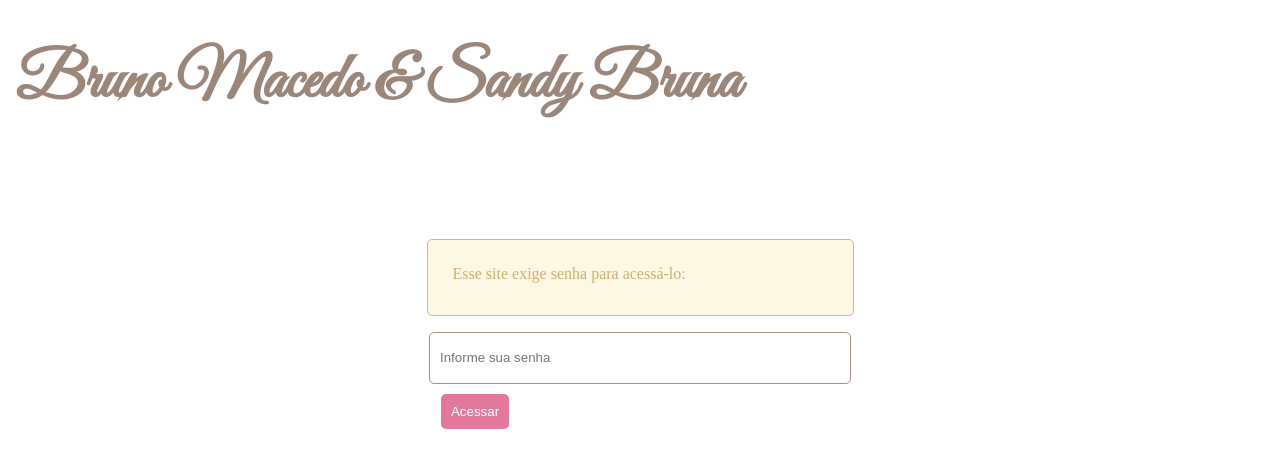
Repository: FerrazNathan/projetoBruno
Page: /login (app in projeto-bruno/)
These files come from the project's save history. The page is drawn as it stood at one moment and after the next save; the edit follows.
The browser window is 1280 px wide. The pictures show the whole page.
Some web fonts or font styles are not loaded; a fallback is used. The project was rebuilt for these pictures with package versions that can differ from the ones it lists, and the page was loaded fresh each time. The framework's server and built-in components were replaced by stand-ins that run in the browser. Also part of the build but not shown: projeto-bruno/next.config.js.

Above is the page before, as saved 2022-03-16 12:43:57.

### projeto-bruno/pages/_document.js
import Document, { Head, Main, NextScript } from 'next/document';
// Import styled components ServerStyleSheet
import { ServerStyleSheet } from 'styled-components';

export default class MyDocument extends Document {
  static getInitialProps({ renderPage }) {
    // Step 1: Create an instance of ServerStyleSheet
    const sheet = new ServerStyleSheet();

    // Step 2: Retrieve styles from components in the page
    const page = renderPage((App) => (props) =>
      sheet.collectStyles(<App {...props} />),
    );

    // Step 3: Extract the styles as <style> tags
    const styleTags = sheet.getStyleElement();

    // Step 4: Pass styleTags as a prop
    return { ...page, styleTags };
  }

  render() {
    return (
      <html>
        <Head>
          {/* Step 5: Output the styles in the head  */}
          {this.props.styleTags}
          <link rel="preconnect" href="https://fonts.googleapis.com" />
          <link rel="preconnect" href="https://fonts.gstatic.com" crossorigin />
          <link href="https: //fonts.googleapis.com/css2? family= Dancing+Script:wght@600 & display=swap" rel="stylesheet" />
        </Head>
        <body>
          <Main />
          <NextScript />
        </body>
      </html>
    );
  }
}

### projeto-bruno/pages/login.js
import React from 'react'
import Head from 'next/head'
import Form from '../components/Login'
import * as S from '../styles/styleLogin'


export default function Login() {
  return (
    <>
      <Head>
        <title>Login</title>
      </Head>
      <S.Content>
        <S.Box>
          <S.Title>Bruno Macedo & Sandy Bruna</S.Title>
        </S.Box>
        <Form />
      </S.Content>
    </>
  )
}

### projeto-bruno/styles/globals.css
@import url('https://fonts.googleapis.com/css2?family=Dancing+Script:wght@400;500;600&family=Source+Serif+Pro:wght@200;400&display=swap');
@import url('https://fonts.googleapis.com/css2?family=Dancing+Script:wght@400;500;600&family=Great+Vibes&family=Source+Serif+Pro:wght@200;400&display=swap');

### projeto-bruno/components/Login/index.js
import React, { useState } from 'react'
import { useRouter } from 'next/router'
import * as S from './styles'

export default function Form() {

  const [password, setPassword] = useState('')
  const acesso = '9876543210'
  const redirect = useRouter()

  const submit = (event) => {
    event.preventDefault()

    if (password === acesso) {
      localStorage.setItem('logged', 'isLogged')
      redirect.push('/')
    }
  }

  return (
    <S.Container onSubmit={submit}>
      <S.Title>Esse site exige senha para acessá-lo:</S.Title>
      <S.Input
        type="password"
        placeholder="Informe sua senha"
        value={password}
        onChange={(event) => setPassword(event.target.value)}
      />
      <S.Button type='submit'>Acessar</S.Button>
    </S.Container>
  )
}

### projeto-bruno/styles/styleLogin.js
import styled from 'styled-components'

export const Content = styled.body`
  /* background-image: url(/src/assets/indice.jpeg); */
`

export const Box = styled.div`

`

export const Title = styled.h1`
  font-family: 'Great Vibes', cursive;
  color: #9b867a;
  font-size: 64px;
`

### projeto-bruno/components/Login/styles.js
import styled from 'styled-components';

export const Container = styled.form`
  max-width: 1200px;
  width: 100%;
  margin: 100px auto;
  display: flex;
  align-items: center;
  justify-content: center;
  flex-direction: column;
`

export const Title = styled.p`
  color: #ceae74;
  background-color: #fcf8e3;
  width: 375px;
  height: 25px;
  border-radius: 5px;
  padding: 25px;
  border: 1px solid #d5b985;
  font-weight: 500;
`

export const Input = styled.input`
  width: 400px;
  height: 30px;
  border-radius: 5px;
  border: 1px solid #a49186;
  margin-bottom: 10px;
  outline: 0;
  padding: 10px;
  cursor: pointer;
  &:focus{
    background-color: #e8f0fe;
  }
`

export const Button = styled.button`
  background-color: #e2799b;
  color: #FFF;
  border-radius: 5px;
  border: none;
  padding: 10px;
  margin-right: 330px;
  cursor: pointer;
`

Loaded but not shown: projeto-bruno/pages/_app.js (common file)

After the next save:
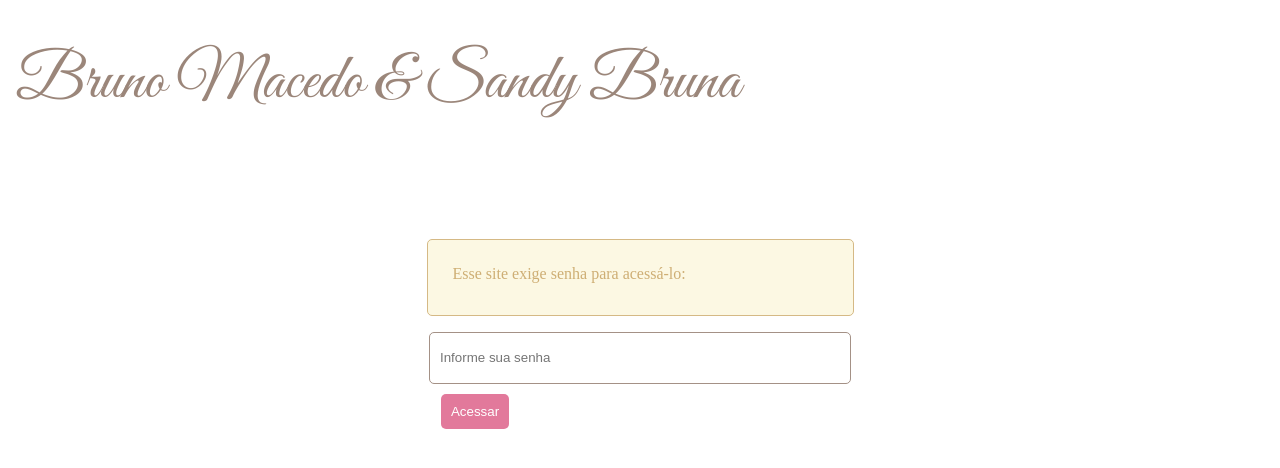
Saved 14 s later.
--- a/projeto-bruno/styles/styleLogin.js
+++ b/projeto-bruno/styles/styleLogin.js
@@ -12,4 +12,5 @@ export const Title = styled.h1`
   font-family: 'Great Vibes', cursive;
   color: #9b867a;
   font-size: 64px;
+  font-weight: 400;
 `
